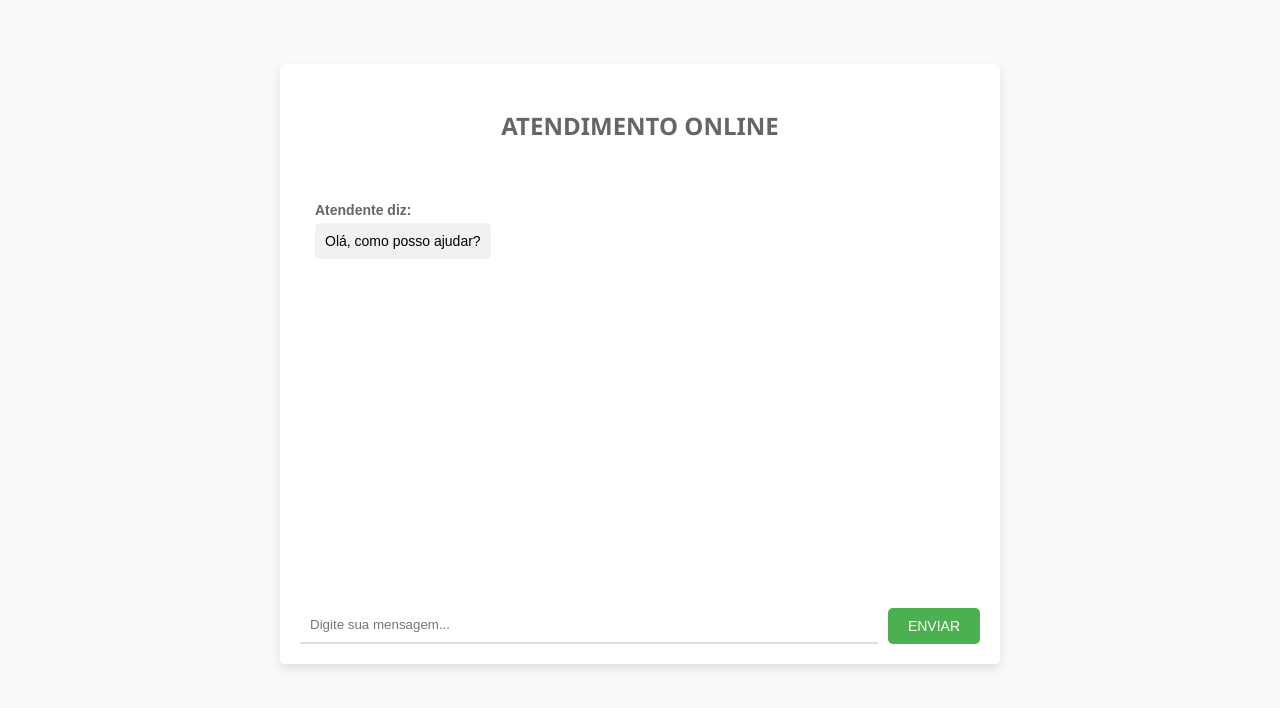
Repository: GabrielGuinzani/vueChat
Page: /
The author's editor kept a copy of each file at every save. The page is drawn from the files as they stood at one save, then again after the next save.
The browser window is 1280 px wide. The pictures show the whole page.
The project was rebuilt for these pictures with package versions that can differ from the ones it lists, and the page was loaded fresh each time. Also part of the build but not shown: vite.config.js.

Above is the page before, as saved 2023-04-18 20:22:54.
Console error: SyntaxError: Cannot use import statement outside a module

After the next save:
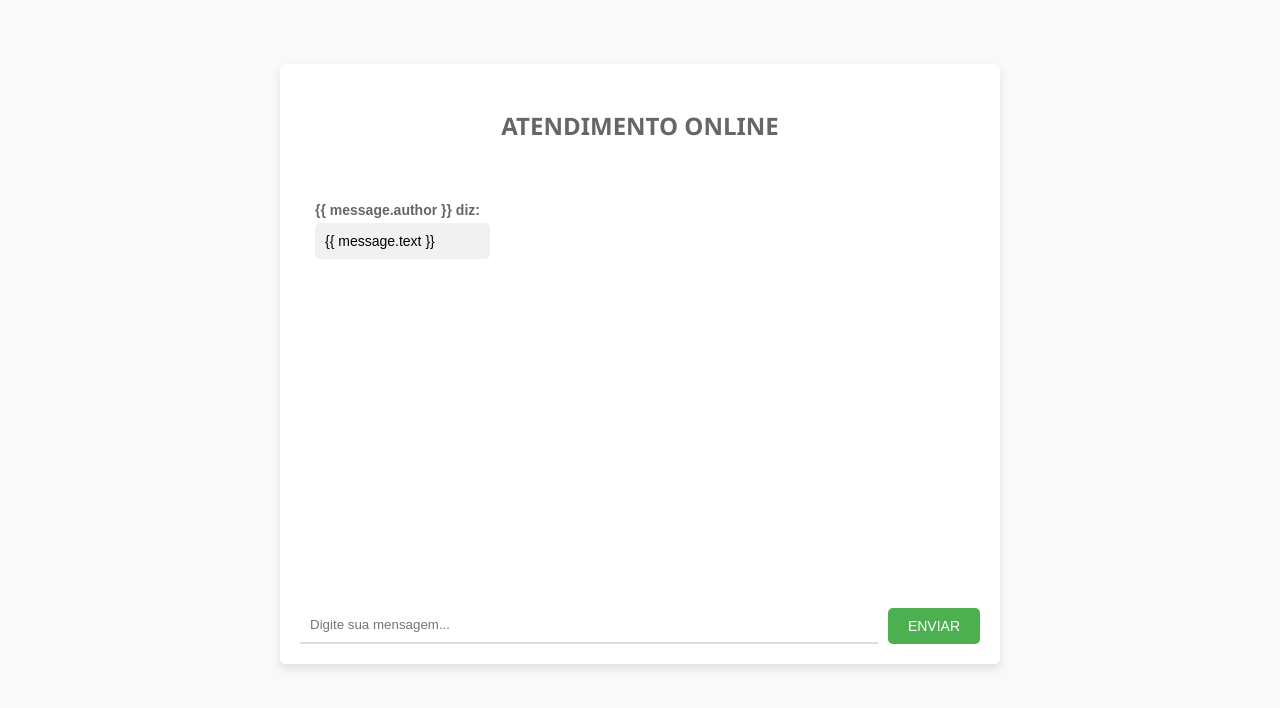
The error is gone.
Saved 21 s later.
--- a/index.html
+++ b/index.html
@@ -14,33 +14,19 @@
         </div>
       </header>
       <div class="messages-list" id="conversa">
-        <div class="message-item">
-          <div class="msg-user"><strong>Atendente diz:</strong></div>
-          <div class="msg-chat">Olá, como posso ajudar?</div>
+        <div v-for="message in messages" class="message-item">
+          <div class="msg-user"><strong>{{ message.author }} diz:</strong></div>
+          <div class="msg-chat">{{ message.text }}</div>
         </div>
       </div>
-      <form id="form-chat-send" action="index.html" method="post">
-        <input type="text" id="message" name="message" placeholder="Digite sua mensagem..." class="typebar">
+      <form id="form-chat-send" @submit.prevent="sendMessage">
+        <input type="text" id="message" v-model="newMessage" placeholder="Digite sua mensagem..." class="typebar">
         <button type="submit" class="botao">ENVIAR</button>
       </form>
     </div>
-    <div id="app"></div>
-    <script>
-      import MessageSender from './components/MessageSender.vue'
+  </body>
+  <script src="https://cdn.jsdelivr.net/npm/vue"></script>
 
-      export default {
-        name: 'App',
-        components: {
-          MessageSender
-        },
-        methods: {
-          handleMessageSent(message) {
-            // faça algo com a mensagem enviada
-            console.log(message);
-          }
-        }
-      }
-      </script>
-  </body>
+
 
 </html>
